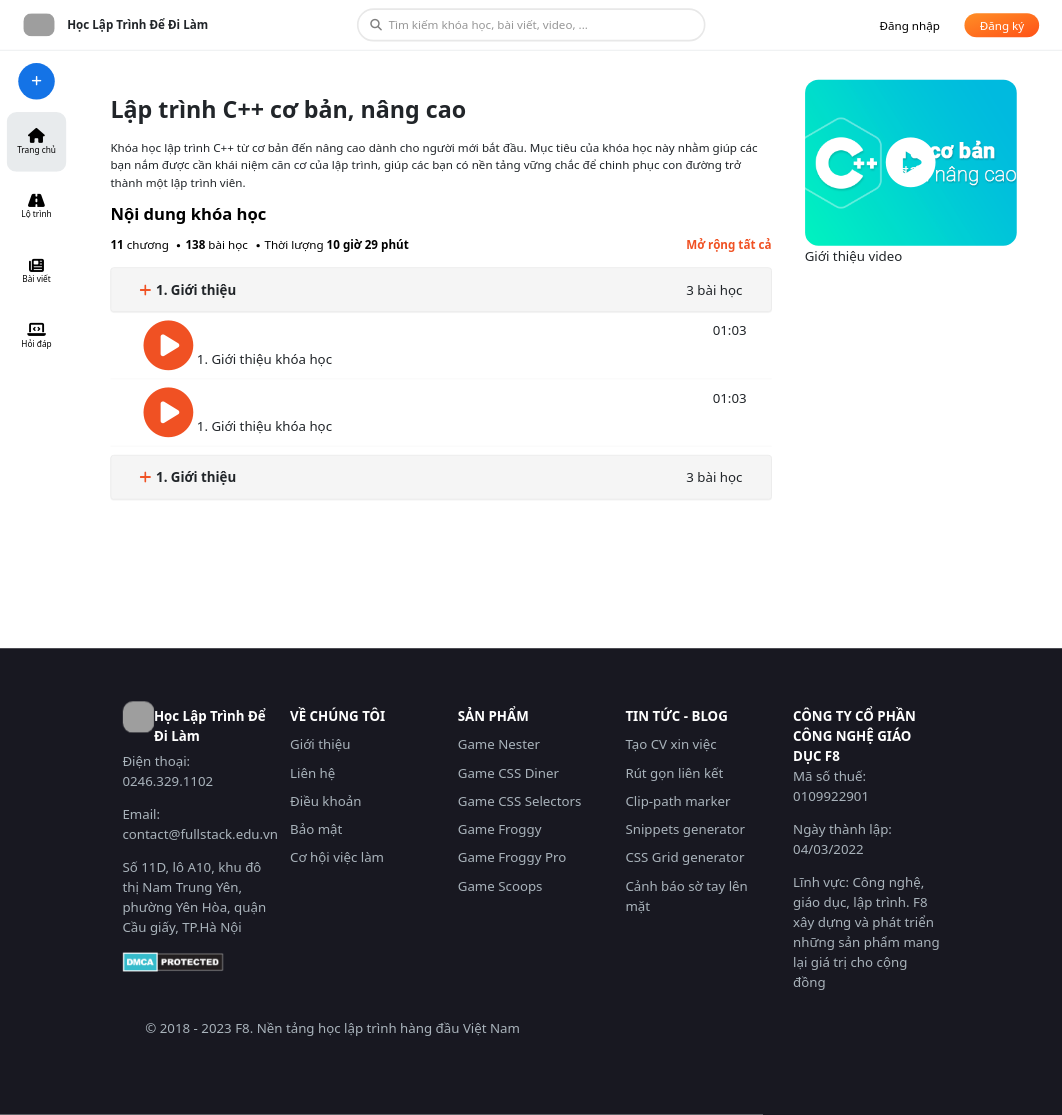
Repository: Quoc-Thang/projectasm
Page: introcourse.html
These files come from the project's save history. The page is drawn as it stood at one moment and after the next save; the edit follows.
The browser window is 1280 px wide. The pictures show the whole page, at 83% of full size.
Pictures or frames that could not be fetched are drawn as grey boxes. Some web libraries are served in a nearby version.

Above is the page before, as saved 2023-11-30 22:39:22.

After the next save:
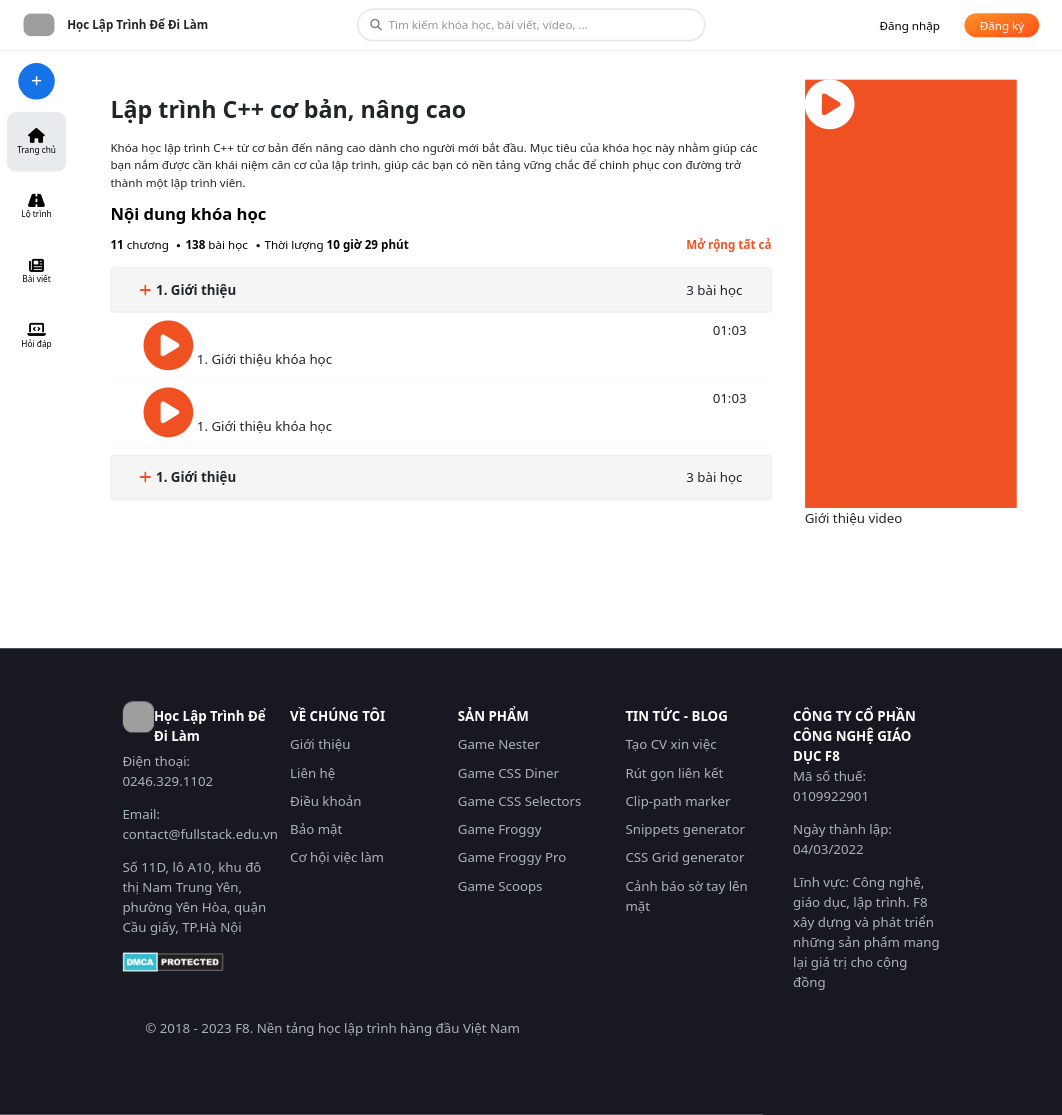
Saved 66 s later.
--- a/view/assets/css/introcourse.css
+++ b/view/assets/css/introcourse.css
@@ -148,7 +148,7 @@
   width: calc(100% - 20px);
 }
 
-.img-video-course {
+.img-video-course::after {
   background-image: url("/view/assets/image/cppcobannangcao.png");
   background-position: center;
   background-origin: content-box;
@@ -162,7 +162,7 @@
   border-radius: 16px;
 }
 
-.img-video-course::after {
+.img-video-course {
   background-color: var(--primary-color);
   height: 100%;
   width: 100%;

After the 2 saves that followed:
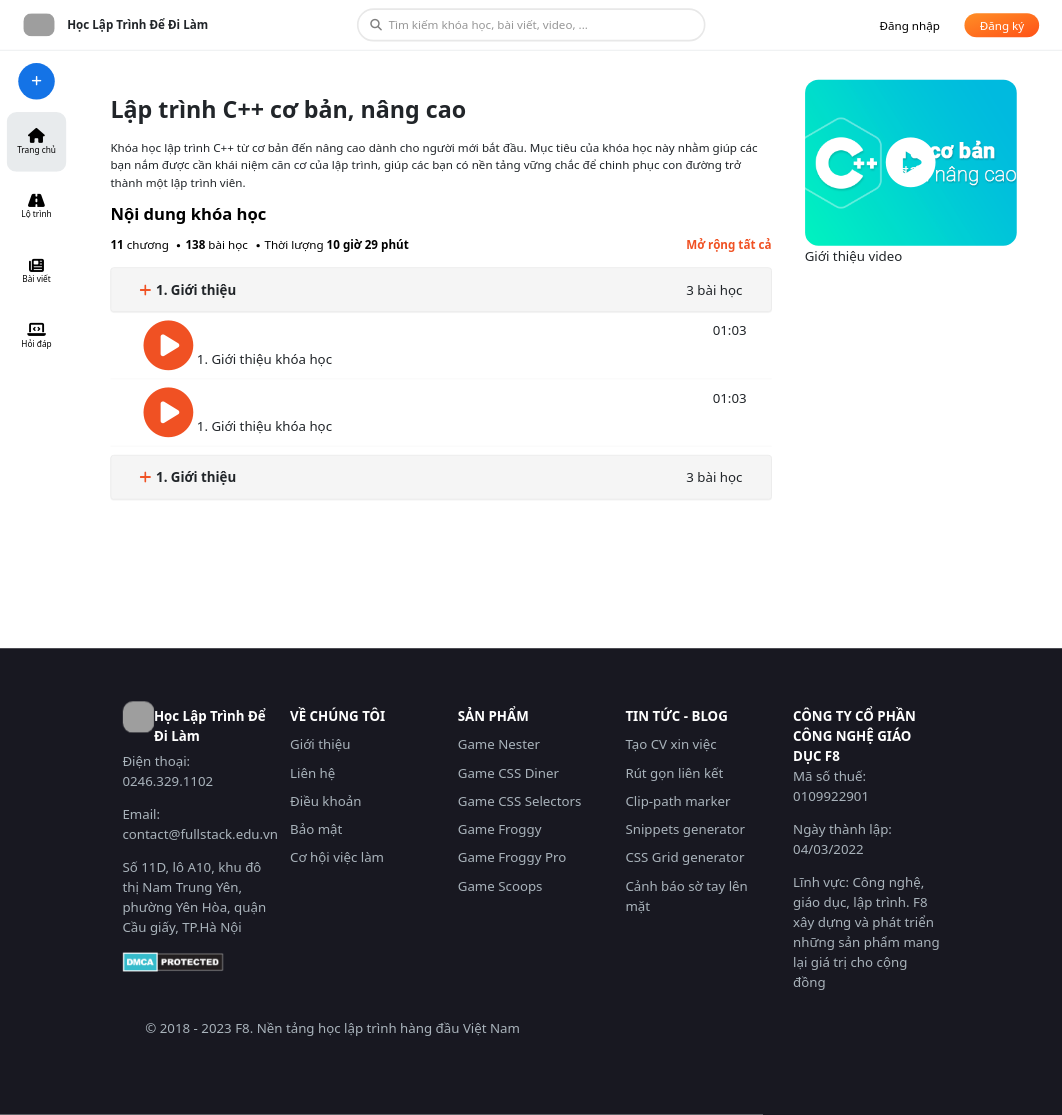
The 2 saves are shown as one change because 1 left the picture as it was.
The last was saved 35 s later.
--- a/view/assets/css/introcourse.css
+++ b/view/assets/css/introcourse.css
@@ -148,7 +148,7 @@
   width: calc(100% - 20px);
 }
 
-.img-video-course::after {
+.img-video-course {
   background-image: url("/view/assets/image/cppcobannangcao.png");
   background-position: center;
   background-origin: content-box;
@@ -162,7 +162,7 @@
   border-radius: 16px;
 }
 
-.img-video-course {
+.img-video-course::hover {
   background-color: var(--primary-color);
   height: 100%;
   width: 100%;
